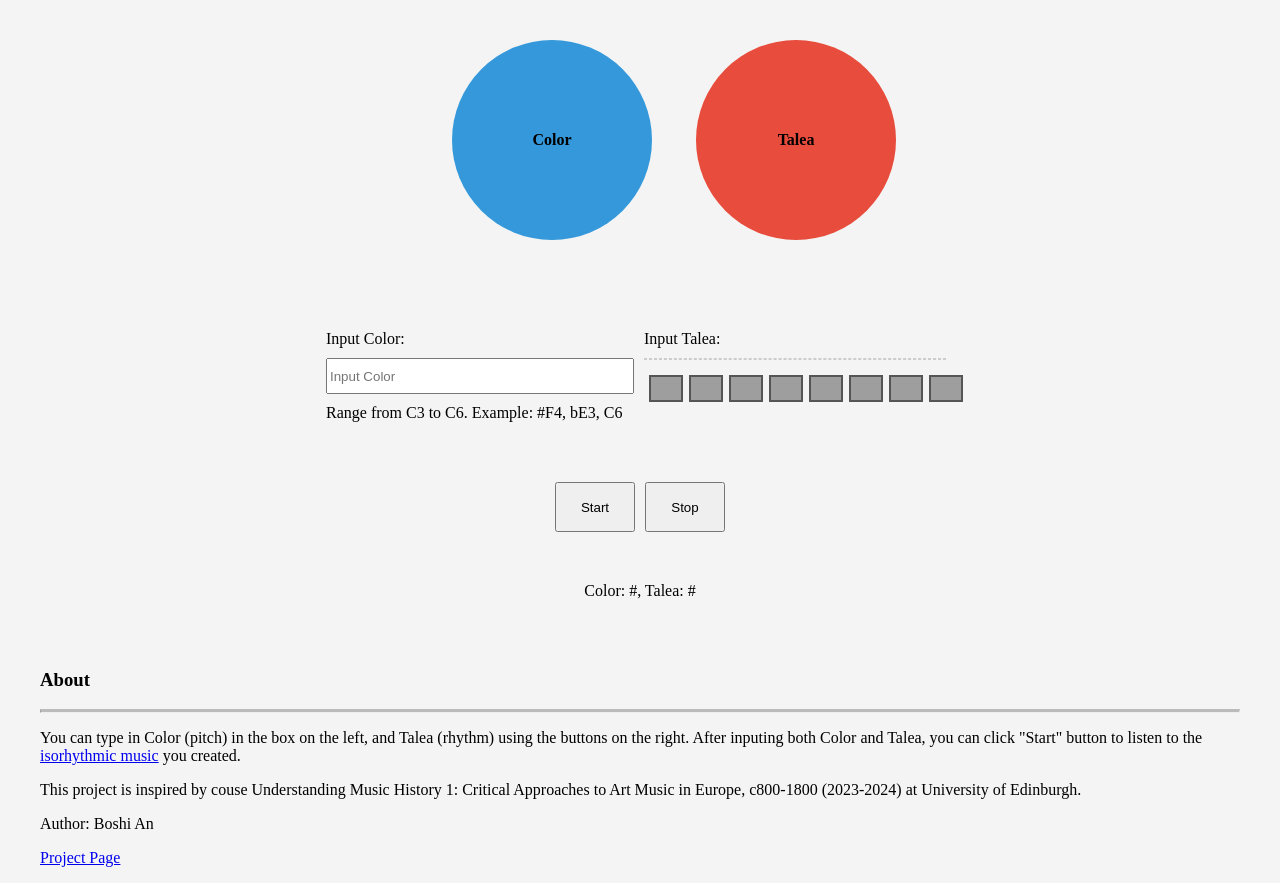
Repository: boshi-an/Isorhythm
Page: .vscode/Isorhythm/index.html
An editor plug-in stored every save of this project. The page is shown before and after the next save, followed by the edit.
The browser window is 1280 px wide. The pictures show the whole page.
Pictures or frames that could not be fetched are drawn as grey boxes.

Above is the page before, as saved 2023-10-21 00:55:14.

After the next save:
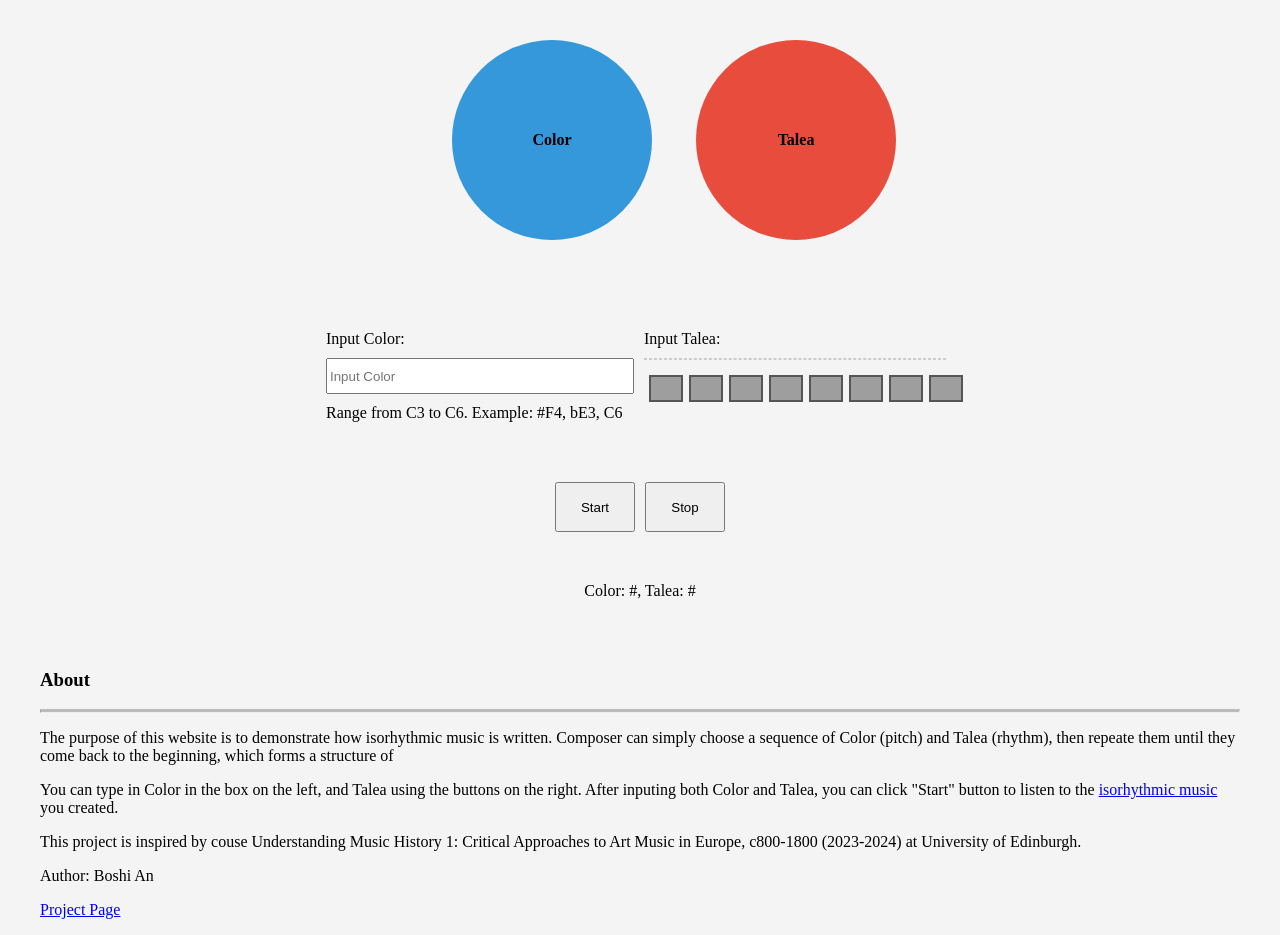
Saved 2 min 29 s later.
--- a/.vscode/Isorhythm/index.html
+++ b/.vscode/Isorhythm/index.html
@@ -54,7 +54,11 @@
         </h3>
         <hr class="solid">
         <p>
-            You can type in Color (pitch) in the box on the left, and Talea (rhythm) using the buttons on the right.
+            The purpose of this website is to demonstrate how isorhythmic music is written. Composer can simply choose a
+            sequence of Color (pitch) and Talea (rhythm), then repeate them until they come back to the beginning, which forms a structure of
+        </p>
+        <p>
+            You can type in Color in the box on the left, and Talea using the buttons on the right.
             After inputing both Color and Talea, you can click "Start" button to listen to the <a
                 href="https://en.wikipedia.org/wiki/Isorhythm">isorhythmic music</a> you created.
         </p>
